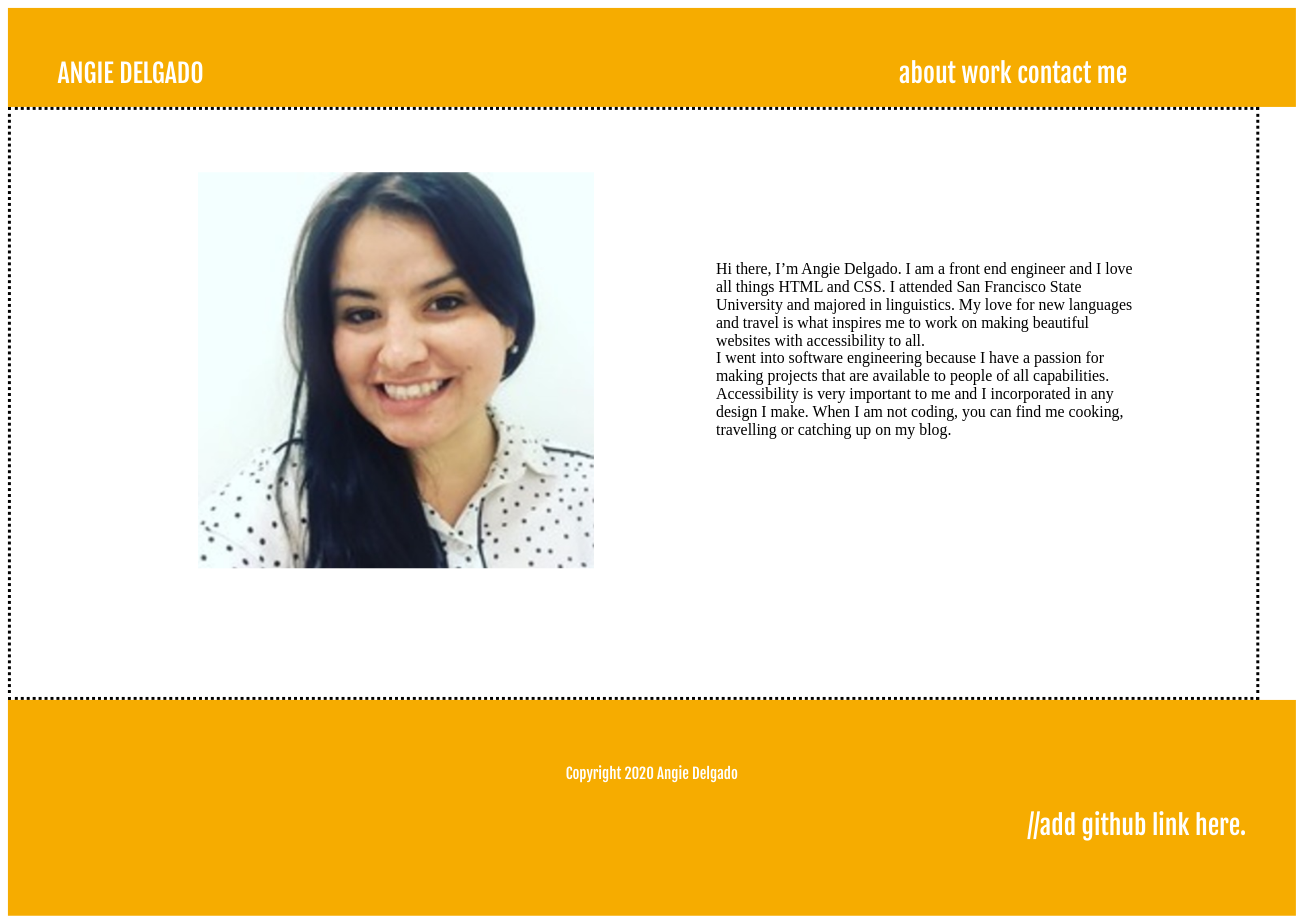
Repository: seleniadelgado/meda-spring2020-angie
Page: projects/portfolio/index.html
These files come from the project's save history. The page is drawn as it stood at one moment and after the next save; the edit follows.
The browser window is 1280 px wide. The page is 1309 px wide, so the pictures cover 1309 px, including what lies to the right of the window. The pictures show the whole page, at 99% of full size.

Above is the page before, as saved 2020-03-02 11:28:10.

### projects/portfolio/index.html
<!DOCTYPE html>
 <html lang="en">
    <head>
        <meta charset="utf-8">
        <meta http-equiv="X-UA-Compatible" content="IE=edge">
        <title>Angie Delgado</title>
        <meta name="description" content="">
        <meta name="viewport" content="width=device-width, initial-scale=1">
        <link rel="stylesheet" href="styles.css">
    </head>
    <body>
    <header>
            <nav>
                <div id="myName">
                    Angie Delgado
                </div>
                <div>
                    <ul id="menu">
                        <li><a href="#">About</a></li>
                        <li><a href="#">Work</a></li>
                        <li><a href="#">Contact me</a></li>
                    </ul>
                </div>
            </nav>
    </header>
    <div class="aboutMe">
        <div class="image">
            <img src="portfoliopic.png" alt="Photo of Angie Delgado looking cute" height="400px" width="400px">
        </div>
        <div>
            <p id="aboutMeParagraph">
                Hi there, I’m Angie Delgado. I am a front end engineer and I love all things HTML and CSS. I attended San Francisco State University and majored in linguistics. My love for new languages and travel is what inspires me to work on making beautiful websites with accessibility to all.
                <br>
                I went into software engineering because I have a passion for making projects that are available to people of all capabilities. Accessibility is very important to me and I incorporated in any design I make. When I am not coding, you can find me cooking, travelling or catching up on my blog.
            </p>
        </div>
    </div>
    <footer>
        <div class="copyright"><p>Copyright 2020 Angie Delgado</p></div>
        <div class="social">
            <p>//add github link here.</p>
        </div>
    </footer>
    </body>
</html>

### projects/portfolio/styles.css
@import url('https://fonts.googleapis.com/css?family=Fjalla+One|Noto+Sans&display=swap');

header, footer {
    width: 95%;
    background-color: #f6ac00;
    margin: 0 auto;
    padding: 50px;
    font-size: 26px;
    font-family: 'Fjalla One', Arial, Helvetica, sans-serif;
    line-height: normal;
    /* font-family: 'Noto Sans', ;*/
}
/* navbar starts*/
#myName {
    float: left;
    color: white;
    text-transform: uppercase;
}
ul {
    display: block;
    list-style-type: none;
    margin: 0;
    padding-right: 10%;
    float: right;
    text-decoration: none;
 }

 li {
    display: inline;
    text-transform: lowercase;
 }
 li a {
    text-decoration: none;
    color: white;
 }
 /*nav styles ends */

/* About me starts */
.aboutMe {
    border: dotted;
    display: flex;
}
.image {
    align-items: flex-start;
    margin-left: 15%;
    margin-right: 5%;
    margin-top: 5%;
    margin-bottom: 10%;
}
.aboutMe #aboutMeParagraph {
    align-items: center;
    margin-top: 25%;
    margin-bottom: 10%;
    margin-left: 10%;
    margin-right: 20%;
}
/* about me ends */


 /* Footer style starts */
 footer {
    color: white;
    text-shadow: black;
 }
 .copyright {
    text-align: center;
    font-size: 15px;
 }
 .social {
    text-align: right;
    margin-bottom: 20px;
 }
/* footer ends */

After the next save:
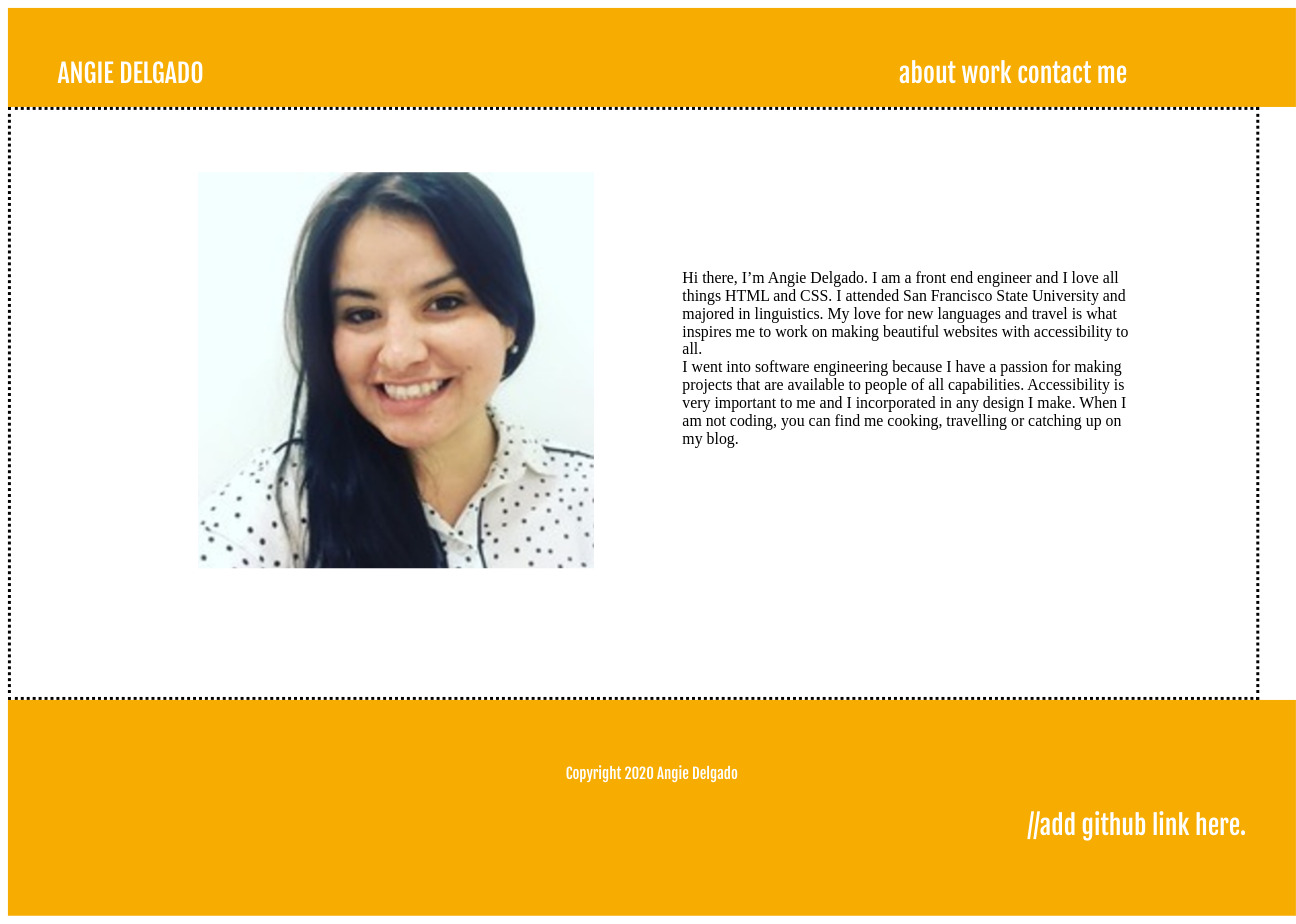
Saved 10 s later.
--- a/projects/portfolio/styles.css
+++ b/projects/portfolio/styles.css
@@ -43,7 +43,7 @@ ul {
 .image {
     align-items: flex-start;
     margin-left: 15%;
-    margin-right: 5%;
+    margin-right: 2%;
     margin-top: 5%;
     margin-bottom: 10%;
 }
